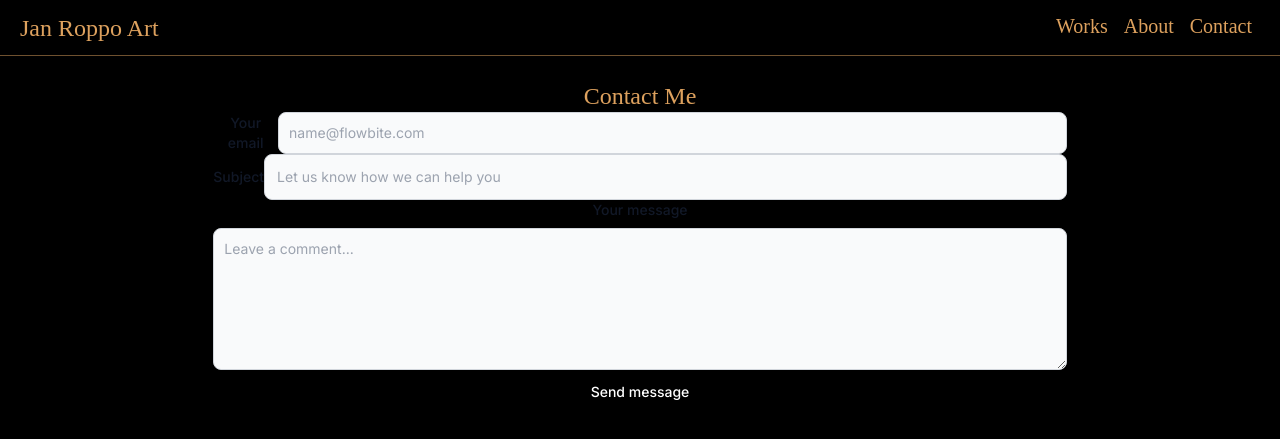
Repository: YanceMcFinn/JRArt
Page: /contact
These files come from the project's save history. The page is drawn as it stood at one moment and after the next save; the edit follows.
The browser window is 1280 px wide. The pictures show the whole page.
The project was rebuilt for these pictures with package versions that can differ from the ones it lists, and the page was loaded fresh each time. The framework's server and built-in components were replaced by stand-ins that run in the browser. Also part of the build but not shown: next.config.js.

Above is the page before, as saved 2023-10-19 20:26:06.

### app/layout.js
import './globals.css'
import { Inter } from 'next/font/google'

import Navbar from './components/Navbar'

const inter = Inter({ subsets: ['latin'] })

export const metadata = {
  title: 'Jan Roppo Art',
  description: 'The art of Jan Roppo',
}

export default function RootLayout({ children }) {
  return (
    <html lang="en">
      <body className={inter.className}>
        <Navbar />
        {children}
      </body>
    </html>
  )
}

### app/contact/page.jsx
'use client'

import Image from 'next/image'

export default function Contact() {
    return(
        <div className='text-main-color text-center justify-content-center mt-20'>
            <div className='title text-center text-2xl'>Contact Me</div>
                <form className='w-2/3 mx-auto'>
                    <div className='flex'>
                        <label for="email" class="content-center text-sm font-medium text-gray-900 dark:text-gray-300">Your email</label>
                        <input type="email" id="email" class="shadow-sm bg-gray-50 border border-gray-300 text-gray-900 text-sm rounded-lg focus:ring-primary-500 focus:border-primary-500 block w-full p-2.5 dark:bg-gray-700 dark:border-gray-600 dark:placeholder-gray-400 dark:text-white dark:focus:ring-primary-500 dark:focus:border-primary-500 dark:shadow-sm-light" placeholder="name@flowbite.com" required/>
                    </div>
                    <div className='flex'>
                        <label for="subject" class="content-center text-sm font-medium text-gray-900 dark:text-gray-300">Subject</label>
                        <input type="text" id="subject" class="block p-3 w-full text-sm text-gray-900 bg-gray-50 rounded-lg border border-gray-300 shadow-sm focus:ring-primary-500 focus:border-primary-500 dark:bg-gray-700 dark:border-gray-600 dark:placeholder-gray-400 dark:text-white dark:focus:ring-primary-500 dark:focus:border-primary-500 dark:shadow-sm-light" placeholder="Let us know how we can help you" required/>
                    </div>
                <div class="sm:col-span-2">
              <label for="message" class="block mb-2 text-sm font-medium text-gray-900 dark:text-gray-400">Your message</label>
              <textarea id="message" rows="6" class="block p-2.5 w-full text-sm text-gray-900 bg-gray-50 rounded-lg shadow-sm border border-gray-300 focus:ring-primary-500 focus:border-primary-500 dark:bg-gray-700 dark:border-gray-600 dark:placeholder-gray-400 dark:text-white dark:focus:ring-primary-500 dark:focus:border-primary-500" placeholder="Leave a comment..."></textarea>
          </div>
          <button type="submit" class="py-3 px-5 text-sm font-medium text-center text-white rounded-lg bg-primary-700 sm:w-fit hover:bg-primary-800 focus:ring-4 focus:outline-none focus:ring-primary-300 dark:bg-primary-600 dark:hover:bg-primary-700 dark:focus:ring-primary-800">Send message</button>
      </form>
        </div>
    )
}

### app/globals.css
@tailwind base;
@tailwind components;
@tailwind utilities;

body {
 background-color: black;
}

.title {
    font-family: 'Macondo', cursive;
}

### app/components/Navbar.jsx
import React from "react";

const Navbar = () => {
    return(
    <>
    <div className="top-0 w-full h-14 bg-black px-5 py-3 text-main-color border-b border-b-main-color/50 fixed">
      <div className="float-left title text-2xl">
        <a className="hover:text-white" href="/">Jan Roppo Art</a>
      </div>
      <div className="float-right title text-xl">
        <ul>
        <li className="inline px-2">
            <a href="/" className="hover:text-white">Works</a>
          </li>
          <li className="inline px-2">
            <a href="/about" className="hover:text-white">About</a>
          </li>
          <li className="inline px-2">
            <a href="/contact" className="hover:text-white">Contact</a>
          </li>
        </ul>
      </div>
    </div>
    </>

    )
}

export default Navbar

### tailwind.config.js
/** @type {import('tailwindcss').Config} */
module.exports = {
  content: [
    './pages/**/*.{js,ts,jsx,tsx,mdx}',
    './components/**/*.{js,ts,jsx,tsx,mdx}',
    './app/**/*.{js,ts,jsx,tsx,mdx}',
  ],
  theme: {
    extend: {
      backgroundImage: {
      },
      colors: {
        'main-color': '#dda15e'
      },
    },
  },
  plugins: [],
}

After the next save:
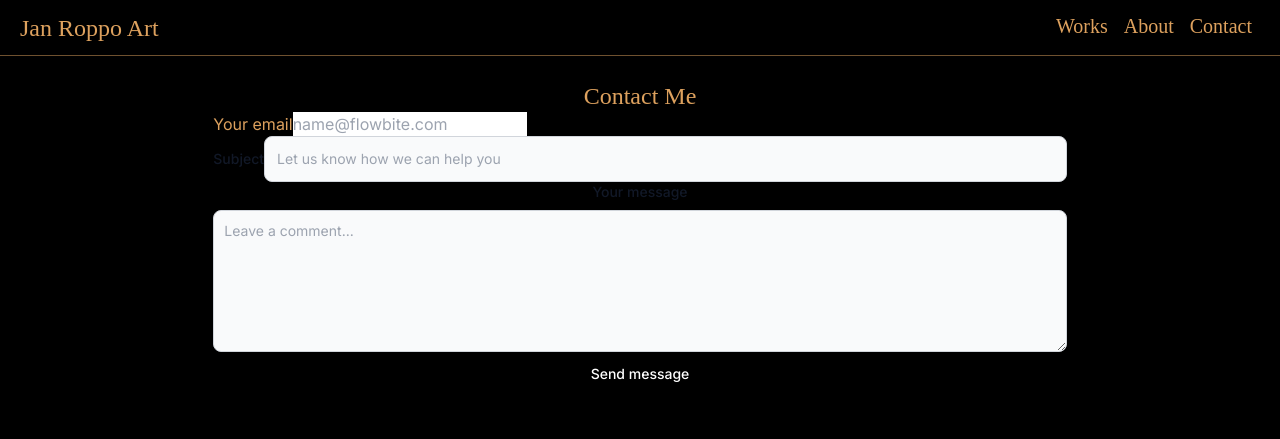
Saved 101 s later.
--- a/app/contact/page.jsx
+++ b/app/contact/page.jsx
@@ -8,8 +8,8 @@ export default function Contact() {
             <div className='title text-center text-2xl'>Contact Me</div>
                 <form className='w-2/3 mx-auto'>
                     <div className='flex'>
-                        <label for="email" class="content-center text-sm font-medium text-gray-900 dark:text-gray-300">Your email</label>
-                        <input type="email" id="email" class="shadow-sm bg-gray-50 border border-gray-300 text-gray-900 text-sm rounded-lg focus:ring-primary-500 focus:border-primary-500 block w-full p-2.5 dark:bg-gray-700 dark:border-gray-600 dark:placeholder-gray-400 dark:text-white dark:focus:ring-primary-500 dark:focus:border-primary-500 dark:shadow-sm-light" placeholder="name@flowbite.com" required/>
+                        <label for="email">Your email</label>
+                        <input type="email" id="email" placeholder="name@flowbite.com" required/>
                     </div>
                     <div className='flex'>
                         <label for="subject" class="content-center text-sm font-medium text-gray-900 dark:text-gray-300">Subject</label>
